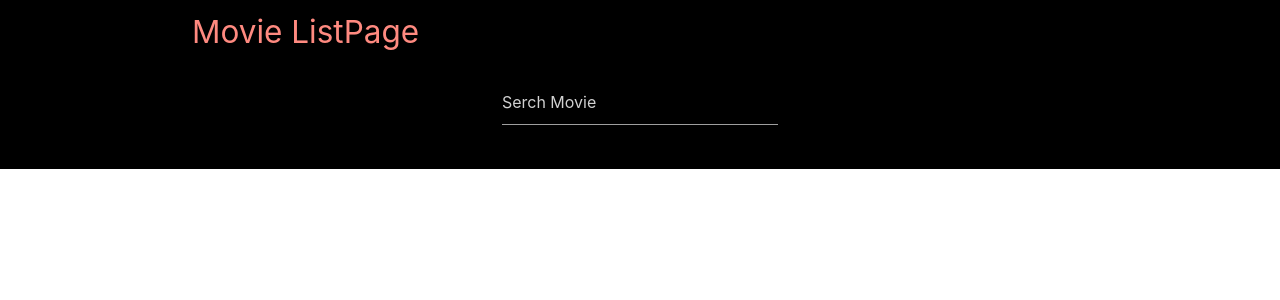
Repository: Reiya-1003/React-Ts-Node-App
Page: /
An editor plug-in stored every save of this project. The page is shown before and after the next save, followed by the edit.
The browser window is 1280 px wide. The pictures show the whole page.
The page's requests for data from a server got no answer. The project was rebuilt for these pictures with package versions that can differ from the ones it lists, and the page was loaded fresh each time. A package was used in the major version that the imports need, not the one package.json lists. No one was signed in, and anything a server would have sent is missing. Also part of the build but not shown: src/Styles.module.css, src/components/Detail.tsx.

Above is the page before, as saved 2021-11-18 11:32:01.

After the next save:
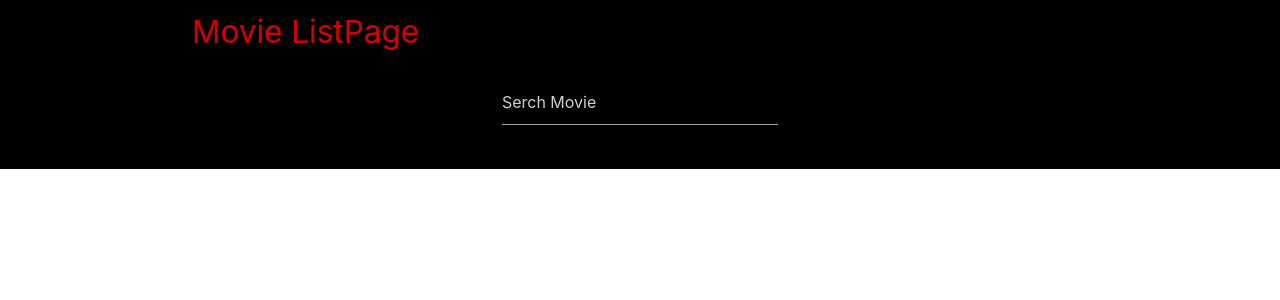
Saved 7 s later.
--- a/src/components/Nav.tsx
+++ b/src/components/Nav.tsx
@@ -5,7 +5,7 @@ const Nav = () => {
     <nav className="black">
       <div className=".nav-wrapper container">
         <a href="" className="brand-logo ">
-          <div className="red-text text-accent-1">Movie ListPage</div>
+          <div className="red-text text-accent-4">Movie ListPage</div>
         </a>
       </div>
     </nav>
